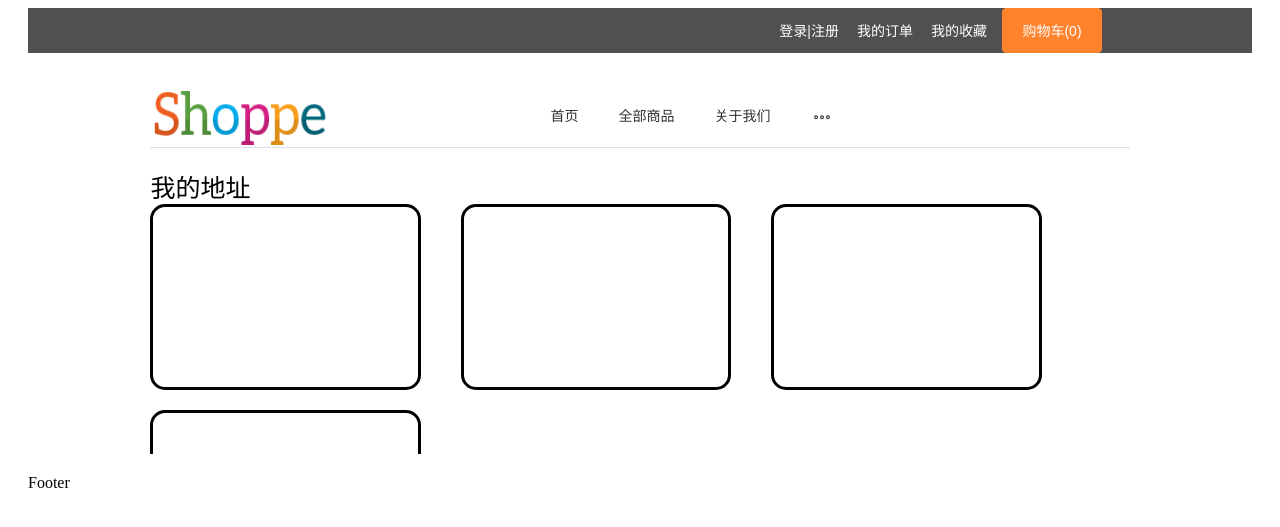
Repository: zhenghaochang/---
Page: /#/confirmOrder (app in xiaomi/)
An editor plug-in stored every save of this project. The page is shown before and after the next save, followed by the edit.
The browser window is 1280 px wide. The pictures show the whole page.
The project was rebuilt for these pictures with package versions that can differ from the ones it lists, and the page was loaded fresh each time. Also part of the build but not shown: xiaomi/vite.config.js.

Above is the page before, as saved 2025-08-03 16:07:25.

### xiaomi/src/main.js
import { createApp } from 'vue';
import ElementPlus from 'element-plus';
import 'element-plus/dist/index.css';
import router from './router/router';
import App from './App.vue';
import * as ElementPlusIconsVue from '@element-plus/icons-vue';
import { createPinia } from 'pinia';
import piniaPluginPersistedstate from 'pinia-plugin-persistedstate'
const app = createApp(App);
const pinia = createPinia();
pinia.use(piniaPluginPersistedstate)
app.use(pinia);
for (const [key, component] of Object.entries(ElementPlusIconsVue)) {
    app.component(key, component);
}
app.use(router);
app.use(ElementPlus);
app.mount('#app');

### xiaomi/src/router/router.js
import {createRouter,createWebHashHistory} from 'vue-router'

let router = createRouter({
    history:createWebHashHistory(),
    routes:[
        {
            path:"/",
            component:()=>import('../components/main.vue'),
            redirect:"/home",
            children:[
                {
                    path:"/home",
                    component:() => import('../view/home.vue')
                },
                {
                    path:"/allGoods",
                    component:() => import('../view/allGoods.vue')
                },
                {
                    path:"/goods",
                    component:()=>import('../view/goods.vue')
                },
                {
                    path:"/orderList",
                    component:()=> import('../view/orderList.vue')
                },
                {
                    path:"/shoppingCart",
                    component:()=> import('../view/shoppingCart.vue')
                },
                {
                    path:"/collection",
                    component:()=> import('../view/collection.vue')
                },
                {
                    path:"/confirmOrder",
                    component:()=>import('../view/confirmOrder.vue')
                }
            ]
        }
    ]
})

export default router

### xiaomi/src/App.vue
<script setup>
import Menu from '../src/components/menu.vue'


</script>

<template>
    <div>
        <el-container>
            <el-header class="header"><Menu></Menu></el-header>
            <el-main class="main"><router-view></router-view></el-main>
            <el-footer>Footer</el-footer>
        </el-container>
    </div>
</template>

<style scoped>
.header{
/*     background-color: blue; */
    width:100%
}
/* .main{
    background-color: blue;
    width: 100%;
    display:flex;
    flex-direction: column;
    justify-content: center;
} */
</style>

### xiaomi/src/components/main.vue
<script setup>
import logo from '../assets/img/logo.png'
import { Search } from '@element-plus/icons-vue'
import {useRoute,useRouter} from 'vue-router'
import {goodsList, selectParam,total} from '../global/global'
import {getGoodsList} from '../global/global'

const router = useRouter()
const route = useRoute()

async function search(){
    console.log(selectParam.value.goodsName)
    router.push("/allGoods")
    getGoodsList()
}

</script>

<template>
    <div class="base_div">
        <!-- 菜单div -->
        <div style="width:80%;margin-bottom:20px">
            <el-menu
                :default-active="route.path"
                class="menu"
                mode="horizontal"
                @select="handleSelect"
                router
            >
                <div>
                    <img style="width:180px;height:60px;margin-right:200px" :src="logo" alt="">
                </div>
                <el-menu-item class="menu_item" index="/home">首页</el-menu-item>
                <el-menu-item class="menu_item" index="/allGoods">全部商品</el-menu-item>
                <el-menu-item class="menu_item" index="/aboutUs">关于我们</el-menu-item>
                <div>
                    <el-input
                        v-model="selectParam.goodsName"
                        style="margin-left:200px;width:250px"
                        placeholder="请输入商品名称"
                        class="input-with-select"

                    >
                        <template #append>
                            <el-button @click="search" :icon="Search" />
                        </template>
                    </el-input>
                </div>
            </el-menu>
        </div>
        <!-- 菜单div END -->
        <!-- 主体div -->
        <div style="width:100%">
            <router-view></router-view>
        </div>
    </div>
</template>

<style scoped>
.base_div{
    width: 100%;
    display:flex;
    flex-direction: column;
    align-items:center;
}
.menu{
    display:flex;
    align-items: center;
}
.menu_item{
    background-color: transparent !important;
}
</style>

### xiaomi/src/view/confirmOrder.vue
<script setup>

</script>

<template>
    <div class="base_div">
        <div style="width:80%;display:flex;flex-direction:column">
            <span style="font-size:25px">我的地址</span>
            <el-scrollbar wrap-style="width:100%;" view-style="display:flex;flex-wrap:wrap" max-height="250px">
               <div class="address_div" v-for="item in 4" :key="item">

                </div>
            </el-scrollbar>
        </div>
        <div>

        </div>
    </div>
</template>

<style scoped>
.base_div{
    width: 100%;
    display: flex;
    flex-direction: column;
    align-items:center;
}
.address_div{
    width: 27%;
    height:180px;
    border-radius: 15px;
    border: 3px solid;
    margin-right: 40px;
    margin-bottom: 20px;
}
</style>

### xiaomi/src/components/menu.vue
<script setup>
import {ref,reactive} from 'vue'
import request from '../request/index'
import { ElMessage } from 'element-plus'
import {useUserStore} from '../store/index'
import {loginVisible,registVisible} from '../global/global'
import {useRouter,useRoute} from 'vue-router'


const store = useUserStore()
const router = useRouter()


const loginForm = ref({
    username:'',
    password:''
})

const registForm = ref({
    username:'',
    password:'',
    rePassword:'',
    name:''
})

const user = ref({
    id:0,
    username:'',
    name:'',
    numInCart:0,
    token:''
})

const loginFormRef = ref()
const registFormRef = ref()

const validateUsername = (rule,value,callback)=>{
    if(value.length==0){
      callback(new Error("用户名不能为空"))
    }else{
      callback()
    }
  }

  const validatePassword = (rule,value,callback)=>{
    if(value.length<4){
      callback(new Error("密码小于4位"))
    }else{
      callback()
    }
  }

  const validateRePassword = (rule,value,callback)=>{
    if(value.length<4){
      callback(new Error("密码小于4位"))
    }else{
      if(value != registForm.value.password){
        callback(new Error("密码不一致"))
      }else{
        callback()
      }
    }
  }

  const rules = {
    username:[{required:true,message:'用户名不能为空',validator:validateUsername}],
    password:[{required:true,message:'密码必须大于4位',validator:validatePassword}],
    rePassword:[{required:true,validator:validateRePassword}]
  }


async function login(){
    const valid = await loginFormRef.value.validate
    if(valid){
        let {data} = await request.post("/user/login",loginForm.value)
        if(data.code == 200){
            ElMessage.success('登录成功')
            user.value = data.data
            store.changeInfo(user.value)
            loginVisible.value = false
            location.reload()
        }else{
            ElMessage.error(data.msg)
        }
    }
}

async function regist(){
    const valid = await registFormRef.value.validate
    if(valid){
        let {data} = await request.post("/user/regist",registForm.value)
        if(data.code == 200){
            ElMessage.success('注册成功')
            registVisible.value = false
            loginVisible.value = true
        }else{
            ElMessage.error(data.msg)
        }
    }
}

function logout(){
    store.logout()
    location.reload()
}

</script>

<template>
    <div class="base_div">
        <el-button color="rgb(80,80,80)" @click="loginVisible = true" v-if="store.id==0" link>登录|注册</el-button>
        <div style="display:flex;align-items:center;margin-right:10px" v-else>
            <el-button color="rgb(80,80,80)" link>欢迎{{store.name}}</el-button>
            <el-button color="rgb(80,80,80)" @click="logout" link>退出登录</el-button>
        </div>
        <el-button color="rgb(80,80,80)" @click="()=>{router.push('/orderList')}" link>我的订单</el-button>
        <el-button color="rgb(80,80,80)" @click="()=>{router.push('/collection')}" link>我的收藏</el-button>
        <el-button  style="margin-right:150px;width:100px;height:100%;color:white"
         color="rgb(255,130, 45)"
         @click="()=>{router.push('/shoppingCart')}"
        >
            购物车({{store.numInCart}})
        </el-button>

        <!-- 登录窗口 -->
        <el-dialog v-model="loginVisible"  title="登录" width="300">
            <el-form :model="loginForm" ref="loginFormRef" :rules="rules">
                <el-form-item label="用户名" prop="username" :label-width="70">
                    <el-input v-model="loginForm.username" autocomplete="off" />
                </el-form-item>
                <el-form-item label="密码" prop="password" :label-width="70">
                    <el-input v-model="loginForm.password" autocomplete="off" type="password" show-password />
                </el-form-item>
            </el-form>
            <template #footer>
                <div style="display:flex;justify-content:space-between;align-items:center">
                    <el-button type="warning" @click="registVisible = true">注册</el-button>
                    <div>
                        <el-button @click="loginVisible = false">取消</el-button>
                        <el-button type="primary" @click="login">
                        登录
                        </el-button>
                    </div>

                </div>
            </template>
        </el-dialog>
        <!-- 登录窗口END -->
        <!-- 注册窗口 -->
        <el-dialog v-model="registVisible"  title="注册" width="350">
            <el-form :model="registForm" ref="registFormRef" :rules="rules">
                <el-form-item label="用户名" prop="username" :label-width="80">
                    <el-input v-model="registForm.username" autocomplete="off" />
                </el-form-item>
                <el-form-item label="密码" prop="password" :label-width="80">
                    <el-input v-model="registForm.password" autocomplete="off" type="password" show-password />
                </el-form-item>
                <el-form-item label="确认密码" prop="rePassword" :label-width="80">
                    <el-input v-model="registForm.rePassword" autocomplete="off" type="password" show-password />
                </el-form-item>
                <el-form-item label="姓名"  :label-width="80">
                    <el-input v-model="registForm.name" autocomplete="off"  />
                </el-form-item>
            </el-form>
            <template #footer>
                <div style="">
                    <div>
                        <el-button @click="registVisible = false">取消</el-button>
                        <el-button type="primary" @click="regist">
                        注册
                        </el-button>
                    </div>

                </div>
            </template>
        </el-dialog>
        <!-- 注册窗口END -->
    </div>
</template>

<style scoped>
.base_div{
    background-color:rgb(80,80,80);
    width:100%;
    height:45px;
    display: flex;
    justify-content:flex-end;
}
</style>

### xiaomi/src/global/global.js
import {ref} from 'vue'
import request from '../request'

export const selectParam = ref({
    categoryId:0,
    pageSize:15,
    currentPage:1,
    goodsName:''
})

export const goodsList = ref([])

export const total = ref(0)

export async function getGoodsList(){
    let {data} = await request.post("/goods/getAllGoodsList",selectParam.value)
    goodsList.value = data.data.goods
    total.value = data.data.total
}

export const loginVisible = ref(false)
export const registVisible = ref(false)

### xiaomi/src/request/index.js
import axios from 'axios'
import { ElMessage } from 'element-plus'
import {useUserStore} from '../store/index'
import {loginVisible} from '../global/global'



const request = axios.create({
    baseURL:'http://localhost:8080',
    timeout:10000
})

request.interceptors.request.use(
    config => {
        const store = useUserStore()
        const token = store.token
        console.log("token:"+token)
        if(token){
            config.headers['authorization'] = token
        }
        return config
    },
    error => Promise.reject(error)
)

request.interceptors.response.use(
    response =>{
        return response
    },
    error => {
        const store = useUserStore()
        console.log(error)
        if(error.status == 401){
            ElMessage.error('请登录')
            store.logout()
            loginVisible.value = true
        }else{
            ElMessage.error(error.response?.data?.msg || '网络错误')
        }
        return Promise.reject(error)
    }

)




export default request

### xiaomi/src/store/index.js
import {defineStore} from 'pinia'
import request from '../request'

const user = {
    id:0,
    username:'',
    name:'',
    numInCart:0,
    token:''
}

export const useUserStore = defineStore('userInfo',{
    state:()=>({
        id:0,
        username:'',
        name:'',
        numInCart:0,
        token:''
    }),
    getters:{},
    actions:{
        changeInfo(user){
            this.id = user.id,
            this.username = user.username,
            this.name = user.name,
            this.numInCart = user.numInCart,
            this.token = user.token
        },
        logout(){
            this.id = 0,
            this.username = '',
            this.name = '',
            this.numInCart = 0,
            this.token = ''
        },
        async updateNum(){
            let {data} = await request.get("/shoppingCart/getNumInCart")
            this.numInCart = data.data
        }
    },
    persist: true
}
)

Loaded but not shown: xiaomi/index.html (common file)

After the next save:
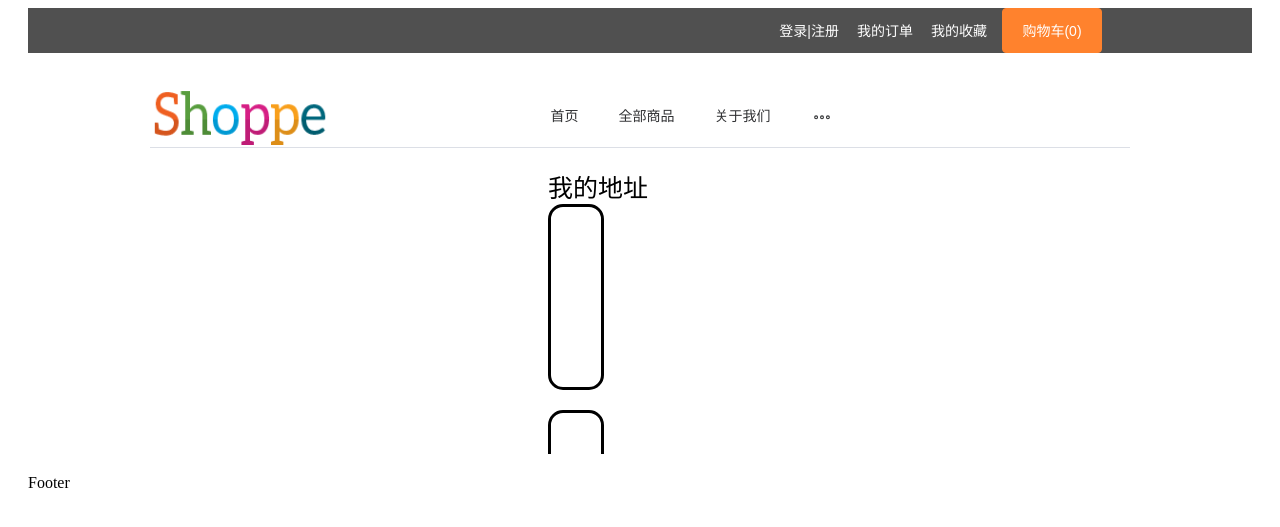
Saved 19 s later.
--- a/xiaomi/src/view/confirmOrder.vue
+++ b/xiaomi/src/view/confirmOrder.vue
@@ -4,7 +4,7 @@
 
 <template>
     <div class="base_div">
-        <div style="width:80%;display:flex;flex-direction:column">
+        <div style="">
             <span style="font-size:25px">我的地址</span>
             <el-scrollbar wrap-style="width:100%;" view-style="display:flex;flex-wrap:wrap" max-height="250px">
                <div class="address_div" v-for="item in 4" :key="item">
